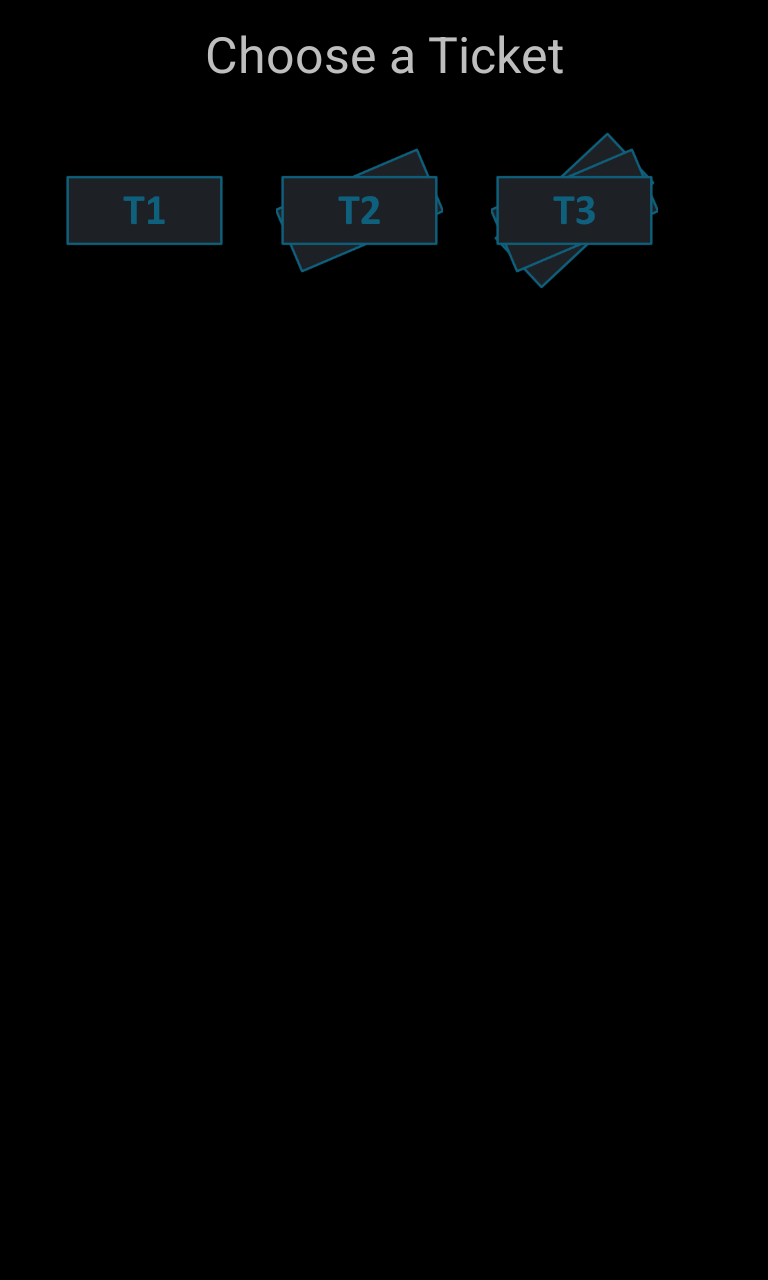
Repository: Nelspike/BusTicketer
Layout: PassengerMode/res/layout/fragment_show_tickets.xml
An editor plug-in stored every save of this project. The layout is shown before and after the next save, followed by the edit.
It is drawn on a 768 x 1280 px phone screen (xhdpi) without system bars, with theme AppTheme; the app's code is not run.

Above is the layout before, as saved 2013-10-19 20:07:22.

### PassengerMode/res/layout/fragment_show_tickets.xml
<FrameLayout xmlns:android="http://schemas.android.com/apk/res/android"
    xmlns:tools="http://schemas.android.com/tools"
    android:layout_width="match_parent"
    android:layout_height="match_parent"
    tools:context=".ShowTicketsFragment" >

    <LinearLayout
        android:layout_width="match_parent"
        android:layout_height="wrap_content"
        android:orientation="vertical"
        android:paddingTop="10dp">

	    <TextView
	        android:layout_width="match_parent"
	        android:layout_height="wrap_content"
	        android:text="@string/show_tickets_title"
	        android:textSize="25sp"
	        android:gravity="center"/>

		<RadioGroup
		    android:layout_width="match_parent"
		    android:layout_height="wrap_content"
		    android:gravity="center"
		    android:orientation="horizontal"
		    android:paddingTop="20dp" >

		    <RadioButton
		        android:button="@drawable/t1"
		        android:padding="12dp"/>

		    <RadioButton
		        android:button="@drawable/t2"
		        android:padding="12dp"/>

		    <RadioButton
		        android:button="@drawable/t3"
		        android:padding="12dp"/>

		</RadioGroup>

    </LinearLayout>




</FrameLayout>

### PassengerMode/res/values/styles.xml
<resources>

    <!--
        Base application theme, dependent on API level. This theme is replaced
        by AppBaseTheme from res/values-vXX/styles.xml on newer devices.
    -->
    <style name="AppBaseTheme" parent="android:Theme.Holo">
        <!--
            Theme customizations available in newer API levels can go in
            res/values-vXX/styles.xml, while customizations related to
            backward-compatibility can go here.
        -->
    </style>

    <!-- Application theme. -->
    <style name="AppTheme" parent="android:Theme.Holo">
        <!-- All customizations that are NOT specific to a particular API-level can go here. -->
    </style>

</resources>

### PassengerMode/res/values/strings.xml
<?xml version="1.0" encoding="utf-8"?>
<resources>

    <string name="app_name">Passenger Mode</string>
    <string name="action_settings">Settings</string>
    <string name="hello_world">Hello world!</string>
    <string name="welcome_string">Welcome to Bus Ticketer!</string>
    <string name="splash_screen_description">Splash Screen Logo</string>
    <string name="splash_screen_terms">Lorem ipsum dolor sit amet, consectetur adipiscing elit. In porta cursus lacus ut porta. Ut luctus et urna eu malesuada. Donec magna diam, mollis molestie est eu, bibendum semper quam. Curabitur rhoncus iaculis nisi ut luctus. Pellentesque habitant morbi tristique senectus et netus et malesuada fames ac turpis egestas. Ut luctus gravida massa, a posuere nunc sagittis ac. Maecenas porta nisi sed interdum varius. Nunc tincidunt turpis nec orci interdum sollicitudin in at nulla. Integer non lorem a elit elementum iaculis consectetur vel ipsum. Aenean sed eros laoreet, egestas lacus eu, accumsan risus. Aliquam consequat sagittis urna, quis accumsan felis malesuada sed.</string>
    <string name="splash_screen_name_label">Name:</string>
    <string name="splash_screen_card_label">CC No.:</string>
    <string name="splash_screen_register_button">Register it up!</string>
    <string name="title_activity_central">CentralActivity</string>
    <string name="hello_blank_fragment">Hello blank fragment</string>
    <string name="description">Generic Description</string>
    <string name="validate_ticket">Validate!</string>
    <string name="show_tickets_title">Choose a Ticket</string>

</resources>

After the next save:
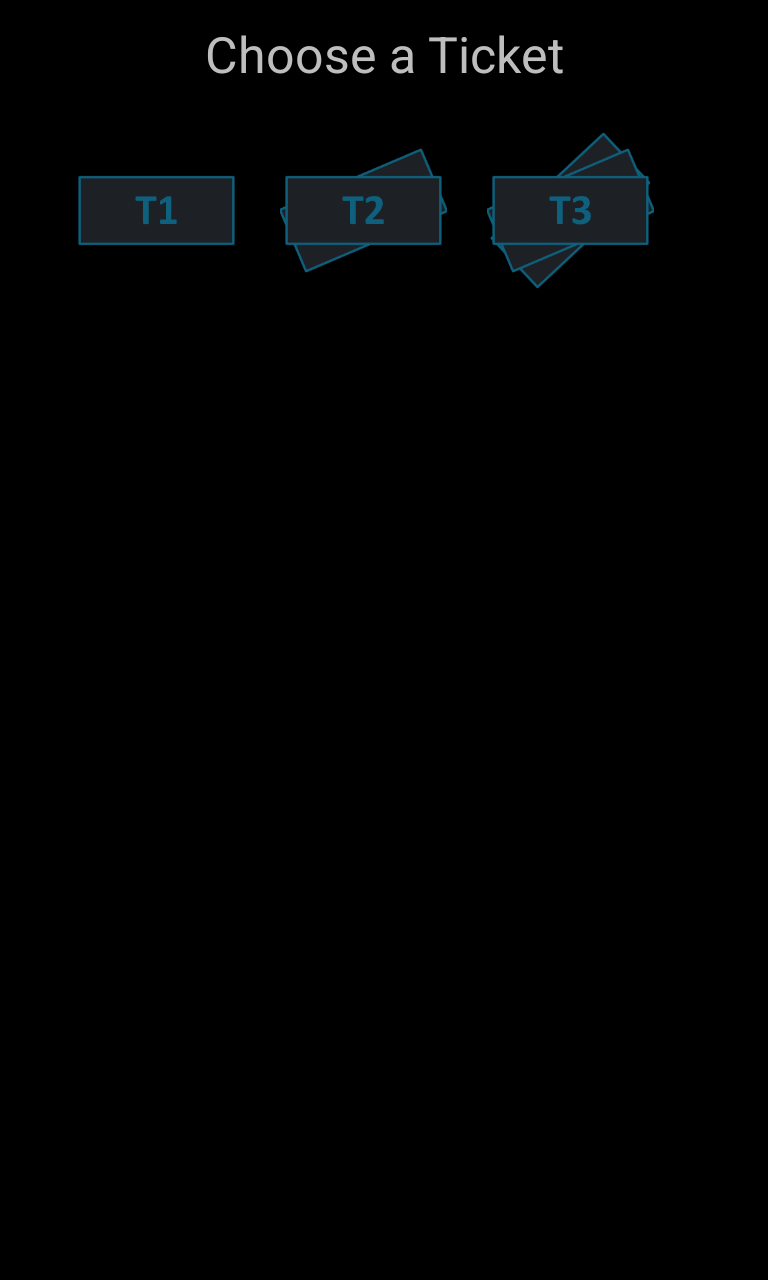
Saved 12 s later.
--- a/PassengerMode/res/layout/fragment_show_tickets.xml
+++ b/PassengerMode/res/layout/fragment_show_tickets.xml
@@ -26,15 +26,15 @@
 
 		    <RadioButton
 		        android:button="@drawable/t1"
-		        android:padding="12dp"/>
+		        android:paddingLeft="20dp"/>
 
 		    <RadioButton
 		        android:button="@drawable/t2"
-		        android:padding="12dp"/>
+		        android:paddingLeft="20dp"/>
 
 		    <RadioButton
 		        android:button="@drawable/t3"
-		        android:padding="12dp"/>
+		        android:paddingLeft="20dp"/>
 
 		</RadioGroup>
 
